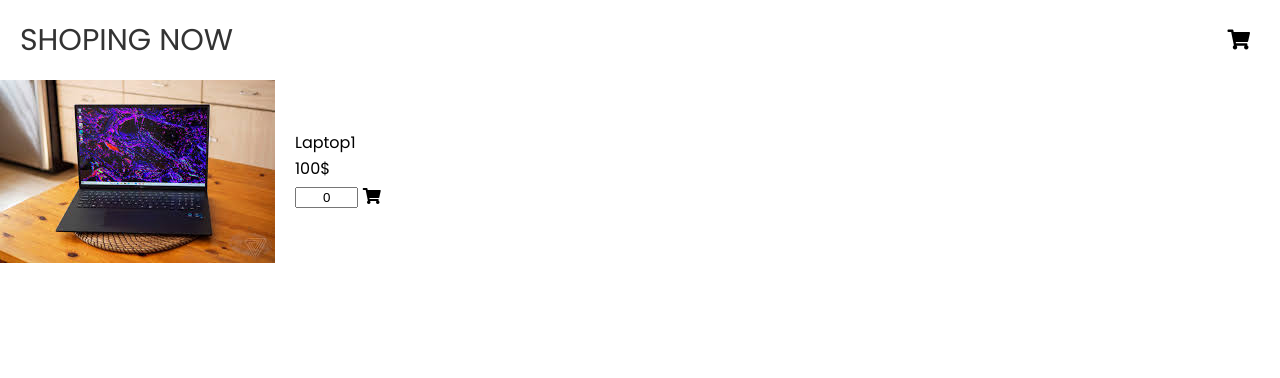
Repository: nttthao9/shopingcart
Page: index.html
These files come from the project's save history. The page is drawn as it stood at one moment and after the next save; the edit follows.
The browser window is 1280 px wide. The pictures show the whole page.
Some web libraries are served in a nearby version.

Above is the page before, as saved 2021-10-04 14:23:21.

After the next save:
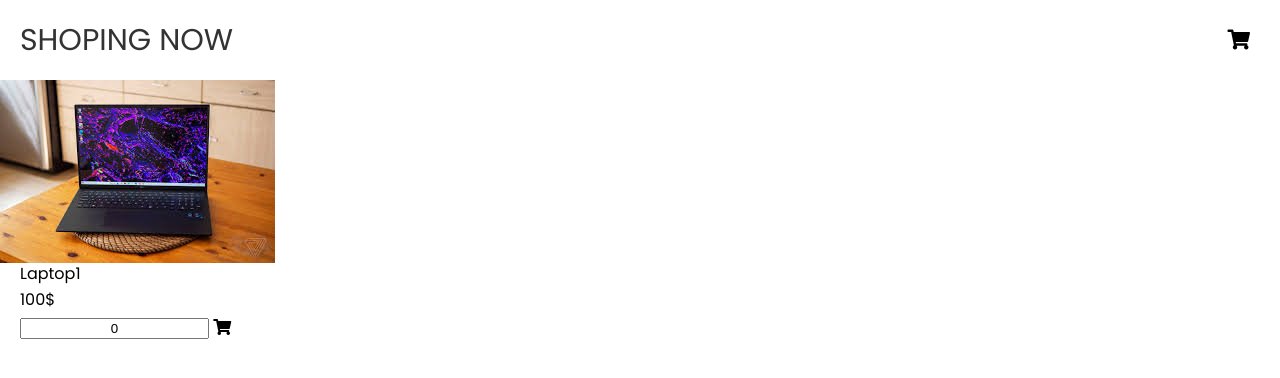
Saved 38 s later.
--- a/styles/style.css
+++ b/styles/style.css
@@ -34,8 +34,8 @@ body {
   cursor: pointer;
 }
 .product-item {
-  display: flex;
-  align-items: center;
+  /* display: flex;
+  align-items: center; */
 }
 .product-name {
   display: block;
@@ -47,7 +47,8 @@ body {
 }
 .product-desc {
   margin-left: 2rem;
-  width: 33%;
+  display: flex;
+  flex-direction: column;
 }
 .product-count {
   width: 15%;
